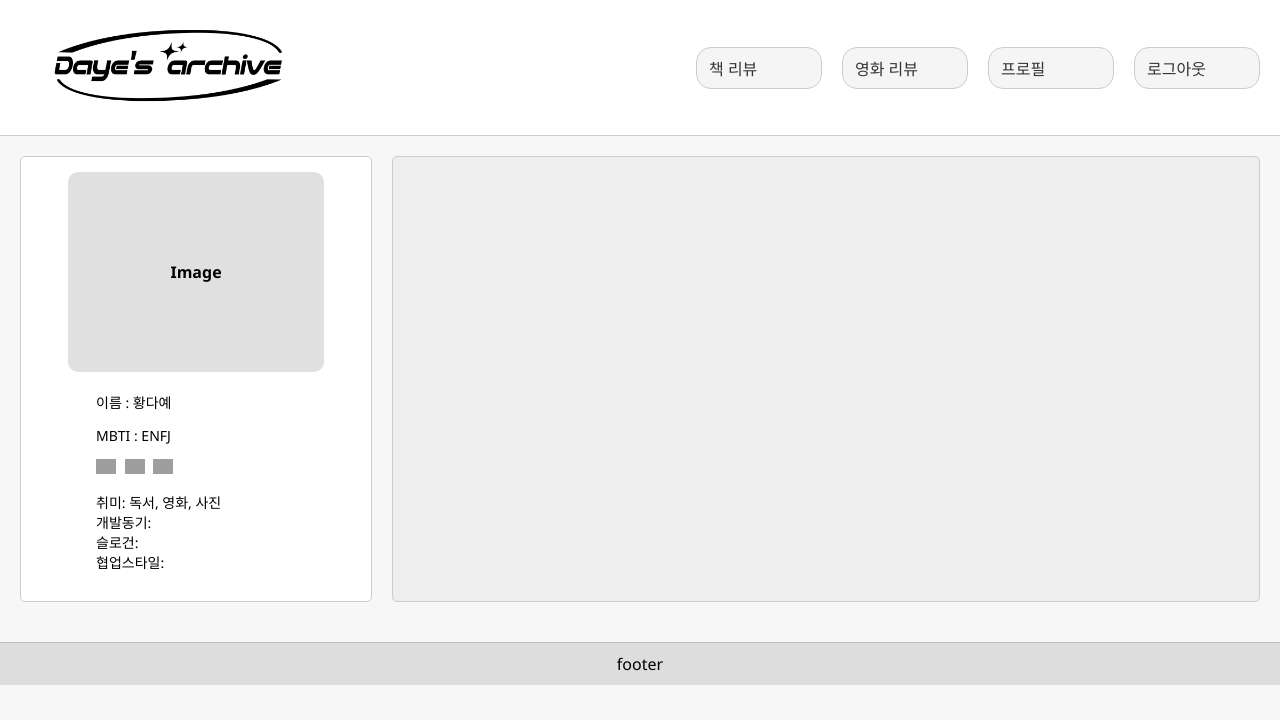
Repository: HWANG-DAYE/spring_project
Page: http://localhost/daye_archive/WEB-INF/views/main.jsp
The author's editor kept a copy of each file at every save. The page is drawn from the files as they stood at one save, then again after the next save.
The browser window is 1280 px wide. The pictures show the whole page.
Pictures or frames that could not be fetched are drawn as grey boxes. The page is served by Tomcat 9. Nobody is signed in. Other server files are loaded and not shown. The template is opened directly, without the code that normally fills it, so the values that code supplies are empty.

Above is the page before, as saved 2025-08-06 06:06:38.

### daye_archive/src/main/webapp/WEB-INF/views/main.jsp
<%@ page language="java" contentType="text/html; charset=UTF-8"
	pageEncoding="UTF-8"%>
<%@ taglib uri="http://java.sun.com/jsp/jstl/core" prefix="c"%>
<!DOCTYPE html>
<html lang="ko">
<head>
<meta charset="UTF-8">
<title>메인 페이지</title>
<style>
body {
	margin: 10px;
	font-family: 'Segoe UI', Tahoma, Geneva, Verdana, sans-serif;
	background-color: #f7f7f7;
}

header {
	display: flex;
	justify-content: space-between;
	align-items: center;
	padding: 10px 20px;
	background-color: #ffffff;
	border-bottom: 1px solid #ccc;
}


.container {
	display: flex;
	padding: 20px;
}

.profile {
	width: 320px;
	background-color: #fff;
	border: 1px solid #ccc;
	padding: 15px;
	border-radius: 5px;
	margin-right: 20px;
	text-align: center;
	align-items: center;
}

.profile .image-box {
	width: 80%;
	height: 200px;
	background-color: #e0e0e0;
	border-radius: 10px;
	margin: 0 auto 10px; /* 가운데 정렬을 위해 수정 */
	display: flex;
	justify-content: center;
	align-items: center;
	font-weight: bold;
}

.profile .info {
	text-align: left;
	font-size: 14px;
	margin-top: 20px;
	margin-left: 60px;
}

.profile .sns {
	margin: 8px 0;
}

.profile .sns img {
	width: 20px;
	margin-right: 5px;
}

.content {
	flex: 1;
	background-color: #eeeeee;
	border: 1px solid #ccc;
	border-radius: 5px;
	min-height: 400px;
}

footer {
	text-align: center;
	padding: 10px;
	background-color: #ddd;
	border-top: 1px solid #bbb;
	margin-top: 20px;
}
</style>
</head>
<body>

	<header>
		<jsp:include page="navi.jsp" />
	</header>

	<div class="container">
		<div class="profile">
			<div class="image-box">Image</div>
			<div class="info">
				<p>이름 : 황다예</p>
				<p>MBTI : ENFJ</p>
				<div class="sns">
					<img src="img/github.png" alt="GitHub"> <img
						src="img/velog.png" alt="Velog"> <img src="img/notion.png"
						alt="Notion">
				</div>
				<p>
					취미: 독서, 영화, 사진<br> 개발동기: <br> 슬로건: <br> 협업스타일:
				</p>
			</div>
		</div>

		<div class="content">
			<!-- 중앙 컨텐츠 영역 -->
		</div>
	</div>

	<footer> footer </footer>

</body>
</html>

### daye_archive/src/main/webapp/WEB-INF/views/navi.jsp
<%@ page language="java" contentType="text/html; charset=UTF-8"
	pageEncoding="UTF-8"%>
<!DOCTYPE html>
<html>
<head>
<meta charset="UTF-8">
<title>Insert title here</title>
<style>
body {
	margin: 0;
	font-family: 'Segoe UI', Tahoma, Geneva, Verdana, sans-serif;
	background-color: #f7f7f7;
}

header {
	display: flex;
	align-items: center;
	padding: 10px 20px;
	background-color: #ffffff;
	border-bottom: 1px solid #ccc;
}

.logo-img {
	height: 80px;
	padding: 15px 30px;
	object-fit: contain;
}

.container {
	display: flex;
	padding: 20px;
}

.nav-links {
	display: flex;
	gap: 20px;
}

.nav-links a {
	width: 100px;
	heigh: 50px;
	text-decoration: none;
	color: #333;
	padding: 8px 12px;
	border-radius: 15px;
	border: 1px solid #ccc;
	background-color: #f5f5f5;
	transition: background-color 0.2s;
}

.nav-links a:hover {
	background-color: #e0e0e0;
}
</style>
</head>
<body>
	<!-- navi.jsp -->
	<div class="logo">
		<a href="main.jsp"> <img
			src="${pageContext.request.contextPath}/resources/images/logo1.png"
			alt="Logo" class="logo-img">
		</a>
	</div>

	<nav class="nav-links">
		<a href="bookList.jsp">책 리뷰</a> <a href="movieList.jsp">영화 리뷰</a> <a
			href="profile.jsp">프로필</a> <a href="logout.jsp">로그아웃</a>
	</nav>


</body>
</html>

After the next save:
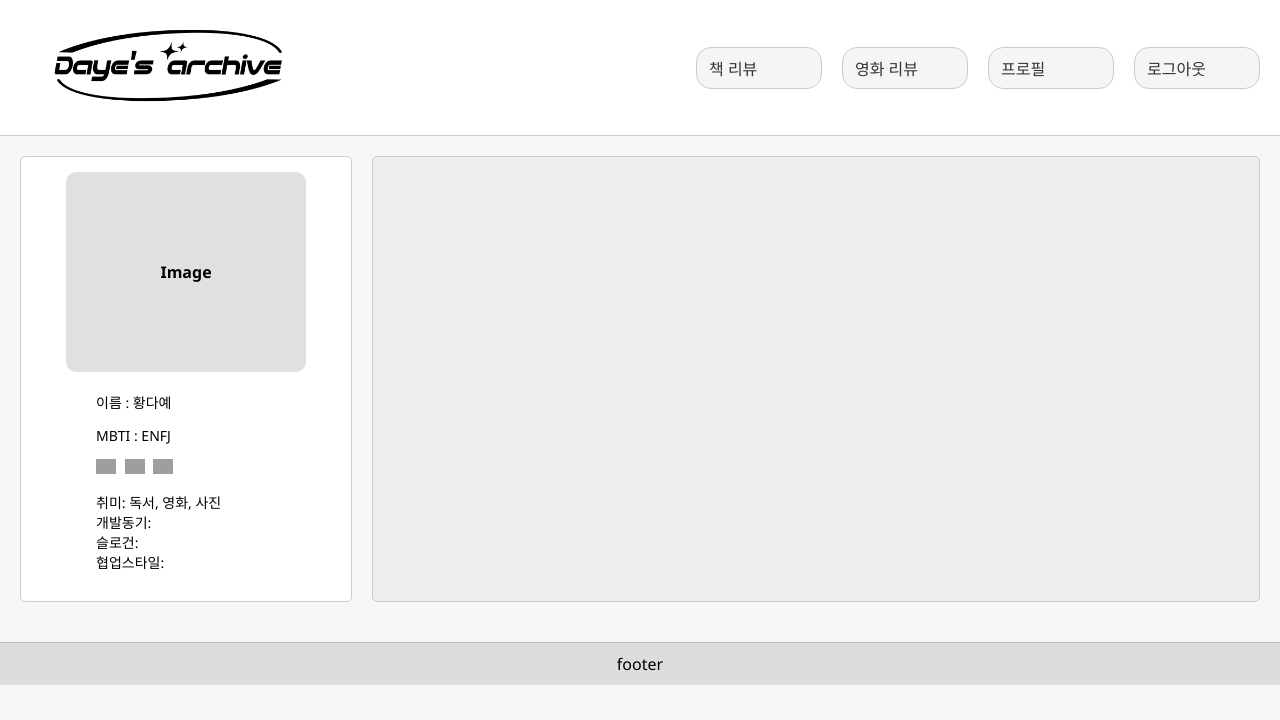
Saved 6 s later.
--- a/daye_archive/src/main/webapp/WEB-INF/views/main.jsp
+++ b/daye_archive/src/main/webapp/WEB-INF/views/main.jsp
@@ -29,7 +29,7 @@ header {
 }
 
 .profile {
-	width: 320px;
+	width: 300px;
 	background-color: #fff;
 	border: 1px solid #ccc;
 	padding: 15px;
